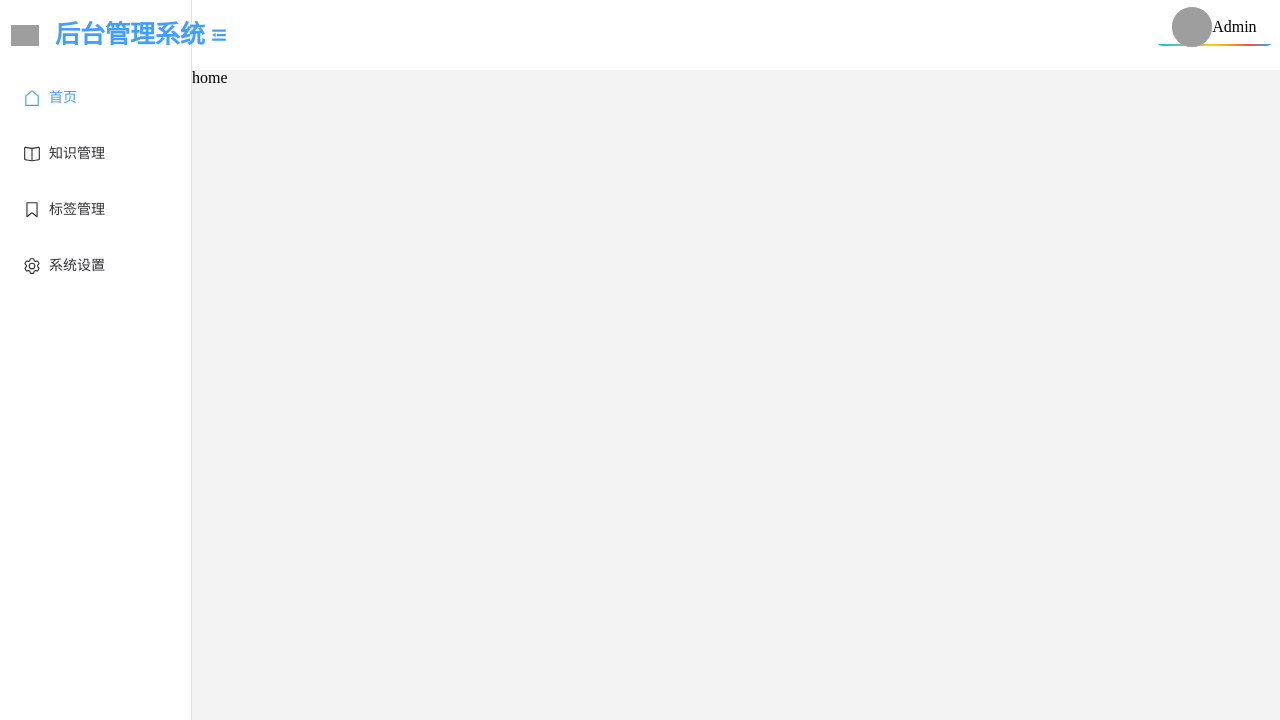
Repository: serrrN/admin
Page: /
The author's editor kept a copy of each file at every save. The page is drawn from the files as they stood at one save, then again after the next save.
The browser window is 1280 px wide. The pictures show the whole page.
Pictures or frames that could not be fetched are drawn as grey boxes. The project was rebuilt for these pictures with package versions that can differ from the ones it lists, and the page was loaded fresh each time. Also part of the build but not shown: vite.config.ts, src/styles/index.scss.

Above is the page before, as saved 2024-06-05 20:57:09.

After the next save:
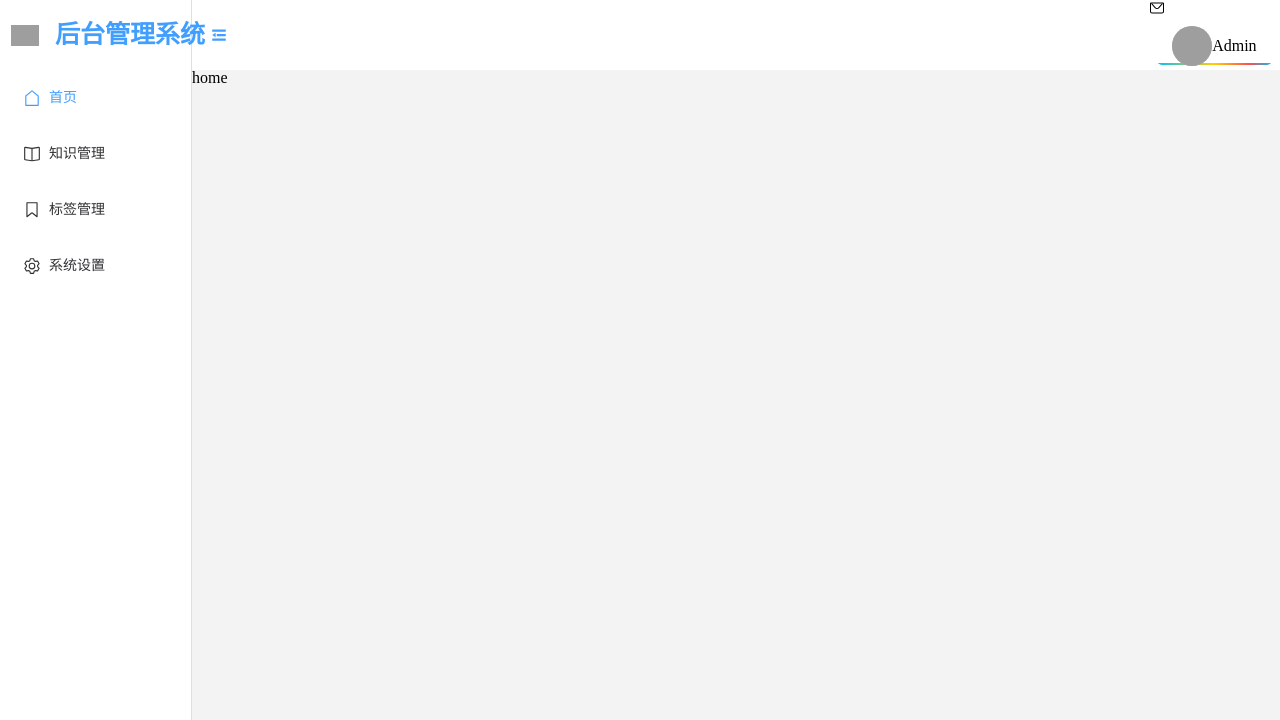
Saved 48 s later.
--- a/src/layout/header/menu/index.vue
+++ b/src/layout/header/menu/index.vue
@@ -1,6 +1,9 @@
 <template>
   <div class="header-menu">
-    <div class=""></div>
+    <!-- 菜单操作 -->
+    <div class="handle">
+      <el-icon><Message /></el-icon>
+    </div>
     <!-- 用户信息 -->
     <div class="userMsg">
       <el-avatar

After the save that followed:
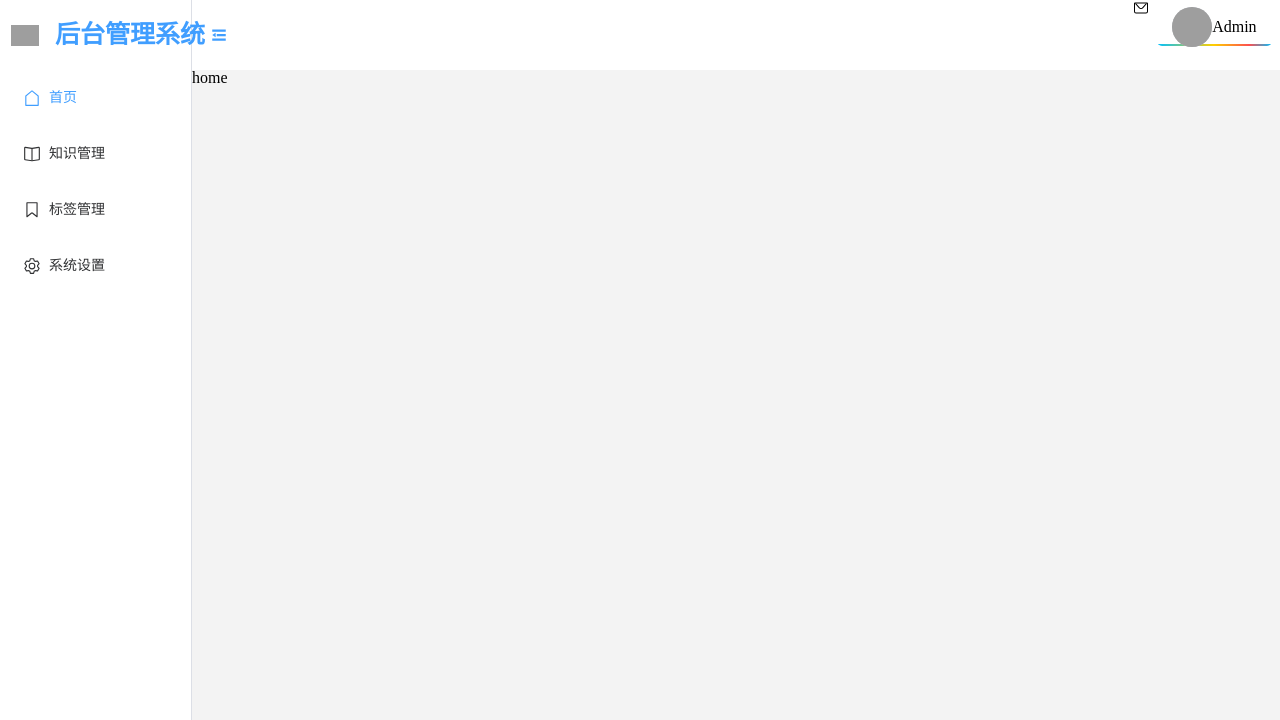
Saved 52 s later.
--- a/src/layout/header/menu/index.vue
+++ b/src/layout/header/menu/index.vue
@@ -15,40 +15,45 @@
 </template>
 <script setup lang="ts"></script>
 <style lang="scss" scoped>
-.userMsg {
-  width: calc(9vw);
-  height: calc(3vw);
-  background-image: linear-gradient(
-    90deg,
-    #00c0ff 0%,
-    #ffcf00 49%,
-    #fc4f4f 80%,
-    #00c0ff 100%
-  );
-  border-radius: 5px;
+.header-menu {
   display: flex;
-  align-items: center;
-  justify-content: center;
-  position: relative;
-  z-index: 1;
-  margin: 8px;
-  cursor: pointer;
-  &:after {
-    content: attr(alt);
-    width: 9vw;
-    height: 3vw;
-    background-color: white;
+  //菜单操作
+  //用户信息
+  .userMsg {
+    width: calc(9vw);
+    height: calc(3vw);
+    background-image: linear-gradient(
+      90deg,
+      #00c0ff 0%,
+      #ffcf00 49%,
+      #fc4f4f 80%,
+      #00c0ff 100%
+    );
+    border-radius: 5px;
     display: flex;
     align-items: center;
     justify-content: center;
-    z-index: -1;
-    position: absolute;
-    bottom: 2px;
-  }
-  &:hover {
-    animation: slidebg 2s linear infinite;
-    width: calc(9vw + 5px);
-    height: calc(3vw + 5px);
+    position: relative;
+    z-index: 1;
+    margin: 8px;
+    cursor: pointer;
+    &:after {
+      content: attr(alt);
+      width: 9vw;
+      height: 3vw;
+      background-color: white;
+      display: flex;
+      align-items: center;
+      justify-content: center;
+      z-index: -1;
+      position: absolute;
+      bottom: 2px;
+    }
+    &:hover {
+      animation: slidebg 2s linear infinite;
+      width: calc(9vw + 5px);
+      height: calc(3vw + 5px);
+    }
   }
 }
 @keyframes slidebg {
